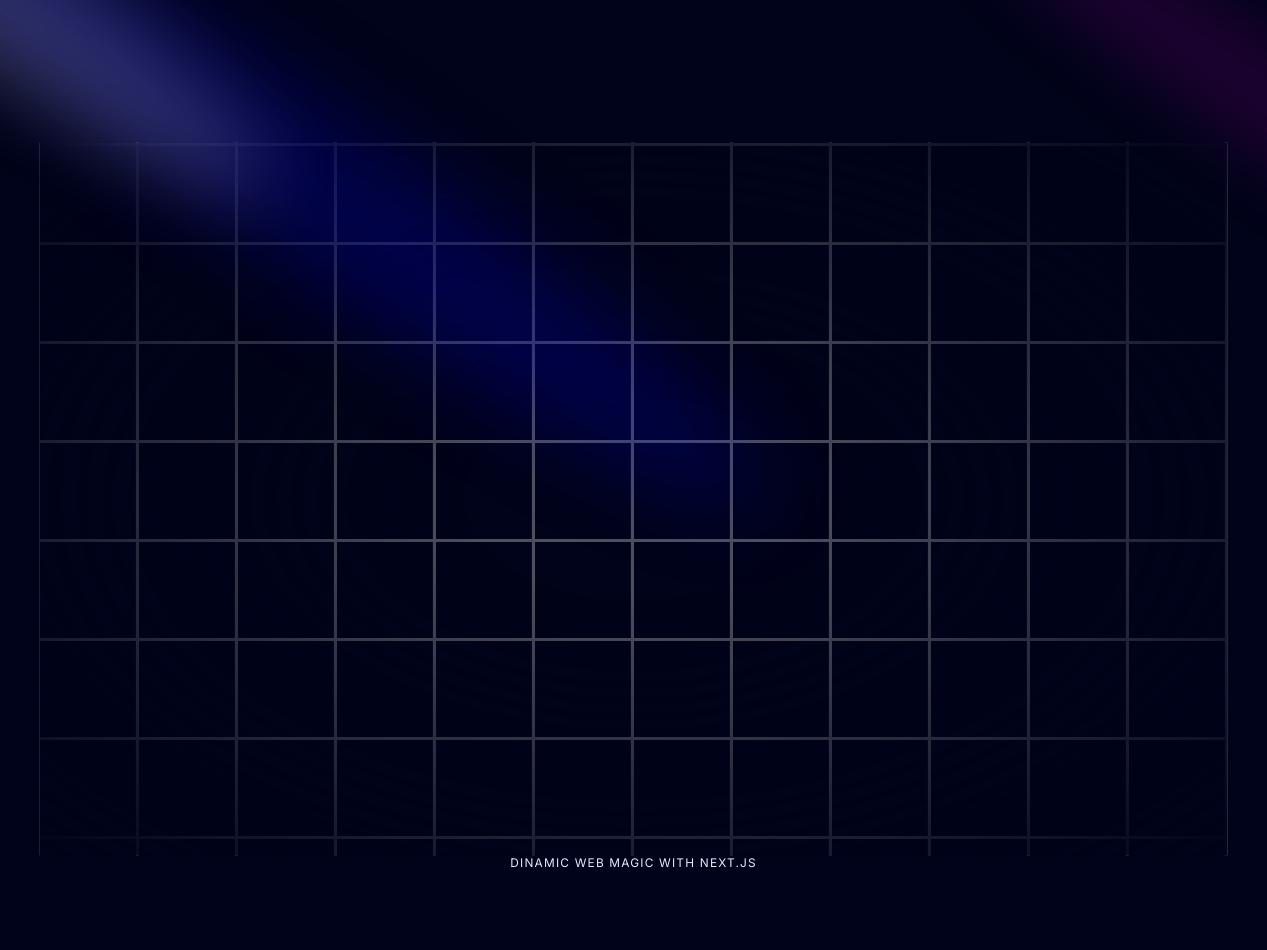
Repository: drsamame/portfolio.next
Page: /
These files come from the project's save history. The page is drawn as it stood at one moment and after the next save; the edit follows.
The browser window is 1280 px wide. The pictures show the whole page, at 99% of full size.
The project was rebuilt for these pictures with package versions that can differ from the ones it lists, and the page was loaded fresh each time. The framework's server and built-in components were replaced by stand-ins that run in the browser. Also part of the build but not shown: next.config.mjs.

Above is the page before, as saved 2024-07-02 15:38:52.

### app/layout.tsx
import type { Metadata } from 'next';
import { Inter } from 'next/font/google';
import './globals.css';
import { ThemeProvider } from './provider';

const inter = Inter({ subsets: ['latin'] });

export const metadata: Metadata = {
	title: "Diego's Portfolio",
	description: 'Modern & Minimalist JS Mastery Portfolio',
};

export default function RootLayout({
	children,
}: Readonly<{
	children: React.ReactNode;
}>) {
	return (
		<html lang="en">
			<body className={inter.className}>
				<ThemeProvider
					attribute="class"
					defaultTheme="dark"
					enableSystem
					disableTransitionOnChange
				>
					{children}
				</ThemeProvider>
			</body>
		</html>
	);
}

### app/page.tsx
import Hero from "@/components/Hero";


export default function Home() {
  return (
    <main className="relative bg-black-100 flex justify-center items-center flex-col overflow-hidden mx-auto sm:px-10 px-5">
      <div className="max-w-7xl w-full">
        <Hero />
      </div>
    </main>
  );
}

### components/Hero.tsx
import React from 'react';
import { Spotlight } from '@/components/ui/Spotlight';

function Hero() {
	return (
		<div className="pb-20 pt-36">
			<div>
				{' '}
				<Spotlight
					className="-top-40 -left-10 md:-left-32 md:-top-20p h-screen"
					fill="white"
				/>
				<Spotlight
					className="top-10 left-full h-[80vh] w-[50vw]"
					fill="purple"
				/>
				<Spotlight className="top-28 left-80 h-[80-vh] w-[50vw]" fill="blue" />
			</div>
			<div className="h-screen w-full dark:bg-black-100 bg-white  dark:bg-grid-white/[0.3] bg-grid-black/[0.2] relative flex items-center justify-center absolute top-0">
				<div className="absolute pointer-events-none inset-0 flex items-center justify-center dark:bg-black-100 bg-white [mask-image:radial-gradient(ellipse_at_center,transparent_20%,black)]"></div>
			</div>
			<div className='flex justify-center'>
				<div className='max-w-[89vw] md:max-w-2xl lg:max-w-[60vw] flex flex-col items-center justify-center'>
					<h2 className='uppercase tracking-widest text-xs text-center text-blue-100 max-w-80'>Dinamic Web Magic with Next.Js</h2>
				</div>
			</div>
		</div>
	);
}

export default Hero;

### components/ui/Spotlight.tsx
import React from "react";
import { cn } from "@/utils/cn";

type SpotlightProps = {
  className?: string;
  fill?: string;
};

export const Spotlight = ({ className, fill }: SpotlightProps) => {
  return (
    <svg
      className={cn(
        "animate-spotlight pointer-events-none absolute z-[1]  h-[169%] w-[138%] lg:w-[84%] opacity-0",
        className
      )}
      xmlns="http://www.w3.org/2000/svg"
      viewBox="0 0 3787 2842"
      fill="none"
    >
      <g filter="url(#filter)">
        <ellipse
          cx="1924.71"
          cy="273.501"
          rx="1924.71"
          ry="273.501"
          transform="matrix(-0.822377 -0.568943 -0.568943 0.822377 3631.88 2291.09)"
          fill={fill || "white"}
          fillOpacity="0.21"
        ></ellipse>
      </g>
      <defs>
        <filter
          id="filter"
          x="0.860352"
          y="0.838989"
          width="3785.16"
          height="2840.26"
          filterUnits="userSpaceOnUse"
          colorInterpolationFilters="sRGB"
        >
          <feFlood floodOpacity="0" result="BackgroundImageFix"></feFlood>
          <feBlend
            mode="normal"
            in="SourceGraphic"
            in2="BackgroundImageFix"
            result="shape"
          ></feBlend>
          <feGaussianBlur
            stdDeviation="151"
            result="effect1_foregroundBlur_1065_8"
          ></feGaussianBlur>
        </filter>
      </defs>
    </svg>
  );
};

Loaded but not shown: app/globals.css (common file); app/provider.tsx (common file); utils/cn.ts (common file); tailwind.config.ts (common file)

After the next save:
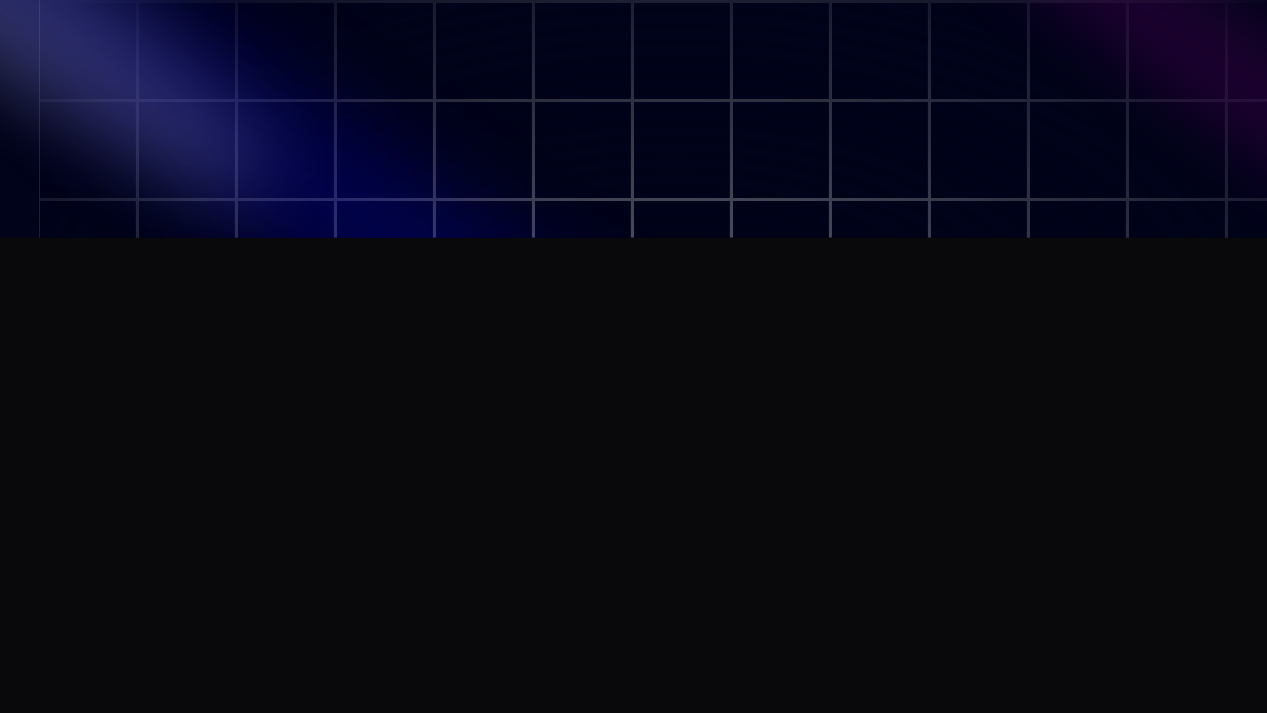
Saved 12 s later.
--- a/components/Hero.tsx
+++ b/components/Hero.tsx
@@ -16,7 +16,7 @@
 				/>
 				<Spotlight className="top-28 left-80 h-[80-vh] w-[50vw]" fill="blue" />
 			</div>
-			<div className="h-screen w-full dark:bg-black-100 bg-white  dark:bg-grid-white/[0.3] bg-grid-black/[0.2] relative flex items-center justify-center absolute top-0">
+			<div className="h-screen w-full dark:bg-black-100 bg-white  dark:bg-grid-white/[0.3] bg-grid-black/[0.2] flex items-center justify-center absolute top-0">
 				<div className="absolute pointer-events-none inset-0 flex items-center justify-center dark:bg-black-100 bg-white [mask-image:radial-gradient(ellipse_at_center,transparent_20%,black)]"></div>
 			</div>
 			<div className='flex justify-center'>

After the save that followed:
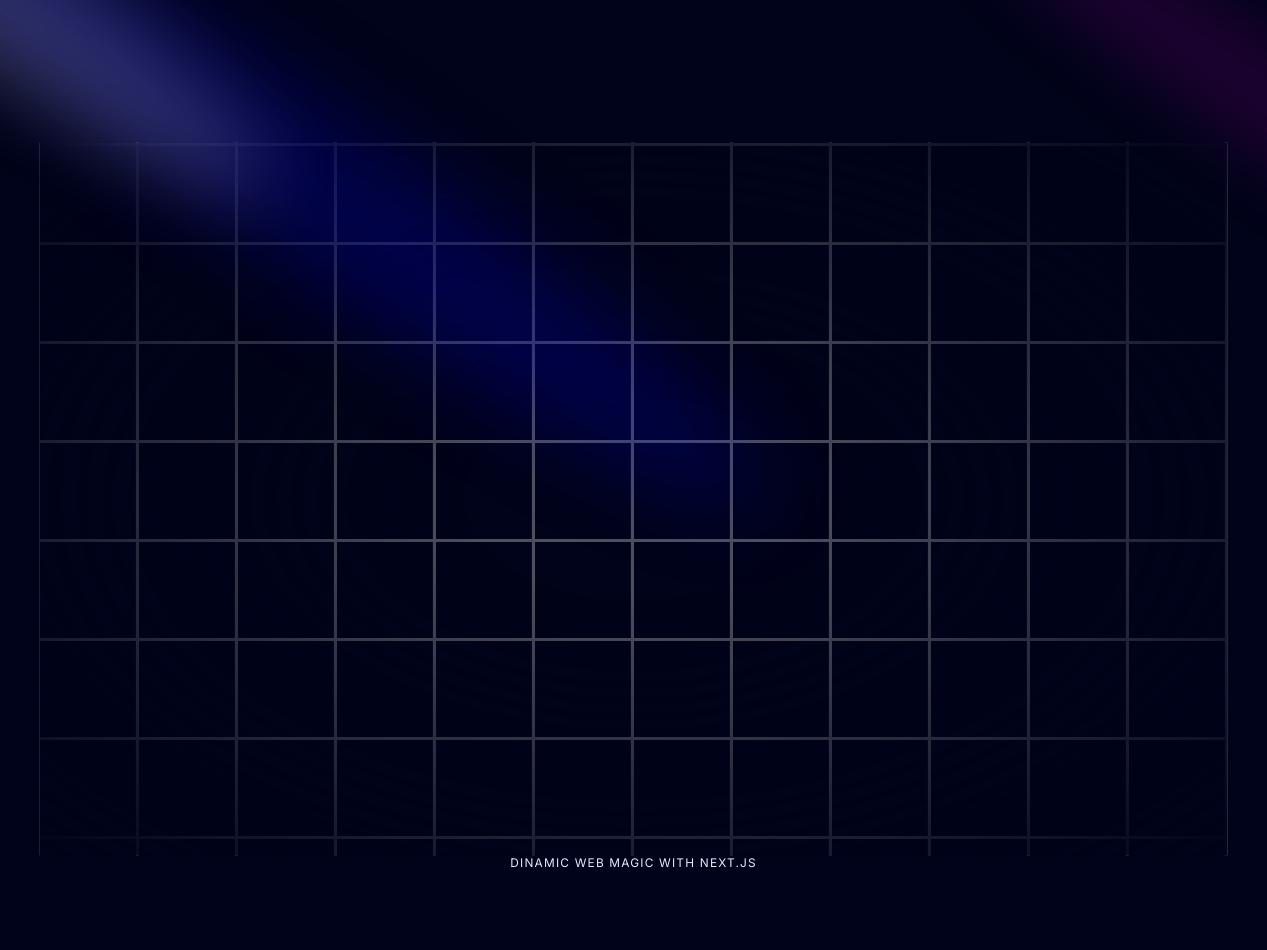
Saved 13 s later.
--- a/components/Hero.tsx
+++ b/components/Hero.tsx
@@ -16,7 +16,7 @@
 				/>
 				<Spotlight className="top-28 left-80 h-[80-vh] w-[50vw]" fill="blue" />
 			</div>
-			<div className="h-screen w-full dark:bg-black-100 bg-white  dark:bg-grid-white/[0.3] bg-grid-black/[0.2] flex items-center justify-center absolute top-0">
+			<div className="h-screen w-full dark:bg-black-100 bg-white  dark:bg-grid-white/[0.3] bg-grid-black/[0.2] relative flex items-center justify-center">
 				<div className="absolute pointer-events-none inset-0 flex items-center justify-center dark:bg-black-100 bg-white [mask-image:radial-gradient(ellipse_at_center,transparent_20%,black)]"></div>
 			</div>
 			<div className='flex justify-center'>
